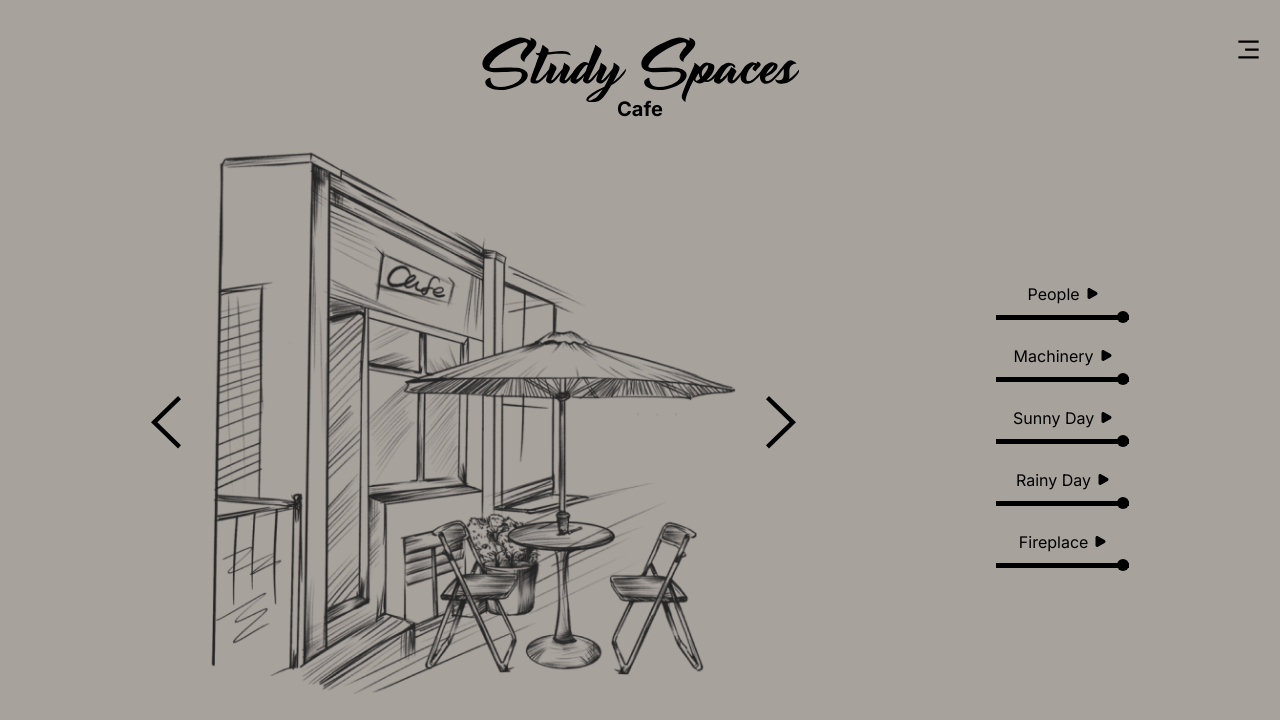
Repository: kaitlynlie/studyspaces
Page: / (app in studyspaces/)
An editor plug-in stored every save of this project. The page is shown before and after the next save, followed by the edit.
The browser window is 1280 px wide. The pictures show the whole page.
The project was rebuilt for these pictures with package versions that can differ from the ones it lists, and the page was loaded fresh each time. Also part of the build but not shown: studyspaces/vite.config.ts, studyspaces/src/pages/Timer.tsx, studyspaces/src/pages/ToDoList.tsx, studyspaces/src/pages/Todo.tsx. Imported but missing from the stored project, and not drawn on this page: studyspaces/src/audio/fireplace.wav, studyspaces/src/audio/people.wav, studyspaces/src/audio/rain.wav, studyspaces/src/audio/softmachinery.mp3, studyspaces/src/audio/sun.wav, studyspaces/src/audio/timer.wav.

Above is the page before, as saved 2023-09-30 23:51:03.

### studyspaces/index.html
<!DOCTYPE html>
<html lang="en">
  <head>
    <meta charset="UTF-8" />
    <link rel="icon" type="image/svg+xml" href="/vite.svg" />
    <meta name="viewport" content="width=device-width, initial-scale=1.0" />
    <title>Study Spaces</title>
  </head>
  <body>
    <div id="root"></div>
    <script type="module" src="/src/main.tsx"></script>
  </body>
</html>

### studyspaces/src/main.tsx
import React from 'react'
import ReactDOM from 'react-dom/client'
import App from './App'
import './index.scss'
import { BrowserRouter } from 'react-router-dom'

ReactDOM.createRoot(document.getElementById('root')!).render(
  <BrowserRouter>
    <App />
  </BrowserRouter>,
)

### studyspaces/src/App.tsx
import clsx from "clsx";
import { Route, Routes } from 'react-router-dom'
import React from "react";
import { Home } from "./pages/Home";
import { Navbar } from "./pages";

function App() {
  return (
    <>
      <div className={clsx("app", "w-full overflow-hidden")}>
        <Navbar />
        <Home />
      </div>
    </>
  )
  }

export default App;

### studyspaces/src/index.scss
@import url("https://fonts.googleapis.com/css2?family=Inter:wght@400;500;600;700;800;900&display=swap");
// @import "./style/globals/general.scss";

@tailwind base;
@tailwind components;
@tailwind utilities;

:root {
  font-family: Inter;
  overflow-x: hidden;
}

@keyframes jump {
  0%, 100% {
    transform: translateY(0);
  }
  50% {
    transform: translateY(-20px);
  }
}

.jumping-word {
  display: inline-block;
  animation: jump 1s infinite;
}

### studyspaces/src/pages/Home.tsx
import styles from "./home.module.scss";
import clsx from "clsx";
import { title, coffee, leftarrow, rightarrow, play, pause } from "../assets";
import React, { ChangeEvent, useState, useRef, useEffect } from 'react';
import { people, machinery, sunny, rainy, fire } from "../audio";

export function Home() {
  const [sliderValues, setSliderValues] = useState({
    peopleVolumeSlider: 1,
    machVolumeSlider: 1,
    sunnyVolumeSlider: 1,
    rainyVolumeSlider: 1,
    fireVolumeSlider: 1,
  });

  const audioRefs = useRef<{ [key: string]: HTMLAudioElement | null }>({
    peopleAudioPlayer: null,
    machAudioPlayer: null,
    sunnyAudioPlayer: null,
    rainyAudioPlayer: null,
    fireAudioPlayer: null,
  });

  const [isPlaying, setIsPlaying] = useState<AudioState>({});

  interface AudioState {
    [key: string]: boolean;
  }

  const handlePlayButtonClick = (audioId: string) => {
    setIsPlaying((prevState) => ({
      ...prevState,
      [audioId]: !prevState[audioId] || !prevState[audioId],
    }));
  };

  const getPlayPauseIcon = (audioId: string) => {
    if (isPlaying[audioId]) {
      return pause;
    } else {
      return play;
    }
  };

  useEffect(() => {
    for (const audioId in audioRefs.current) {
      const audioElement = audioRefs.current[audioId];
      if (audioElement) {
        if (isPlaying[audioId]) {
          audioElement.play();
        } else {
          audioElement.pause();
        }
      }
    }
  }, [isPlaying]);

  const handleSliderChange = (event: ChangeEvent<HTMLInputElement>) => {
    const { id, value } = event.target;
    const audioElementId = id.replace("VolumeSlider", "AudioPlayer");
    const audioElement = audioRefs.current[audioElementId];
    if (audioElement) {
      audioElement.volume = parseFloat(value);
    }
    setSliderValues((prevValues) => ({
      ...prevValues,
      [id]: parseFloat(value),
    }));
  };

  return (
    <div className={clsx(styles.body)}>
        <section className={clsx(styles.home)}>
          <div className={clsx(styles.header)}>
            <div className={clsx(styles.studyspaces)}>
              <img src={title} className={clsx(styles.title)}/>
            </div>
          </div>

            <h4>Cafe</h4>
            <div className={clsx(styles.content)}>
              <div className={clsx(styles.hero)}>
                <img id="leftArrow" src={leftarrow} className={clsx(styles.leftarrow)}/>
                <img src={coffee} className={clsx(styles.coffee)} />
                <img id="rightArrow" src={rightarrow} className={clsx(styles.rightarrow)}/>
              </div>

              <div className={clsx(styles.audiolist)}>
                <div className={clsx(styles.audio)}>
                  <div className={clsx(styles.title)}>
                    <p>People</p>
                    <img
                      src={getPlayPauseIcon("peopleAudioPlayer")}
                      width="11"
                      height="11"
                      id="peoplePlayButton"
                      onClick={() => handlePlayButtonClick("peopleAudioPlayer")}
                    />
                  </div>

                  <audio
                    ref={(ref) => (audioRefs.current.peopleAudioPlayer = ref)}
                    id="peopleAudioPlayer"
                    loop
                  >
                    <source src={people} type="audio/wav" />
                  </audio>

                  <input
                    type="range"
                    id="peopleVolumeSlider"
                    min={0}
                    max={1}
                    step={0.1}
                    value={sliderValues.peopleVolumeSlider}
                    onChange={handleSliderChange}
                    className={clsx(styles.input)}
                  />
                </div>

                <div className={clsx(styles.audio)}>
                  <div className={clsx(styles.title)}>
                    <p>Machinery</p>
                    <img
                      src={getPlayPauseIcon("machAudioPlayer")}
                      width="11"
                      height="11"
                      id="machPlayButton"
                      onClick={() => handlePlayButtonClick("machAudioPlayer")}
                    />
                  </div>

                  <audio
                    ref={(ref) => (audioRefs.current.machAudioPlayer = ref)}
                    id="machAudioPlayer"
                    loop
                  >
                    <source src={machinery} type="audio/mp3" />
                  </audio>

                  <input
                    type="range"
                    id="machVolumeSlider"
                    min={0}
                    max={1}
                    step={0.1}
                    value={sliderValues.machVolumeSlider}
                    onChange={handleSliderChange}
                    className={clsx(styles.input)}
                  />
                </div>

                <div className={clsx(styles.audio)}>
                  <div className={clsx(styles.title)}>
                    <p>Sunny Day</p>
                    <img
                      src={getPlayPauseIcon("sunnyAudioPlayer")}
                      width="11"
                      height="11"
                      id="sunnyPlayButton"
                      onClick={() => handlePlayButtonClick("sunnyAudioPlayer")}
                    />
                  </div>

                  <audio
                    ref={(ref) => (audioRefs.current.sunnyAudioPlayer = ref)}
                    id="sunnyAudioPlayer"
                    loop
                  >
                    <source src={sunny} type="audio/wav" />
                  </audio>

                  <input
                    type="range"
                    id="sunnyVolumeSlider"
                    min={0}
                    max={1}
                    step={0.1}
                    value={sliderValues.sunnyVolumeSlider}
                    onChange={handleSliderChange}
                    className={clsx(styles.input)}
                  />
                </div>

                <div className={clsx(styles.audio)}>
                  <div className={clsx(styles.title)}>
                    <p>Rainy Day</p>
                    <img
                      src={getPlayPauseIcon("rainyAudioPlayer")}
                      width="11"
                      height="11"
                      id="rainyPlayButton"
                      onClick={() => handlePlayButtonClick("rainyAudioPlayer")}
                    />
                  </div>

                  <audio
                    ref={(ref) => (audioRefs.current.rainyAudioPlayer = ref)}
                    id="rainyAudioPlayer"
                    loop
                  >
                    <source src={rainy} type="audio/wav" />
                  </audio>

                  <input
                    type="range"
                    id="rainyVolumeSlider"
                    min={0}
                    max={1}
                    step={0.1}
                    value={sliderValues.rainyVolumeSlider}
                    onChange={handleSliderChange}
                    className={clsx(styles.input)}
                  />
                </div>

                <div className={clsx(styles.audio)}>
                  <div className={clsx(styles.title)}>
                    <p>Fireplace</p>
                    <img
                      src={getPlayPauseIcon("fireAudioPlayer")}
                      width="11"
                      height="11"
                      id="firePlayButton"
                      onClick={() => handlePlayButtonClick("fireAudioPlayer")}
                    />
                  </div>

                  <audio
                    ref={(ref) => (audioRefs.current.fireAudioPlayer = ref)}
                    id="fireAudioPlayer"
                    loop
                  >
                    <source src={fire} type="audio/wav" />
                  </audio>

                  <input
                    type="range"
                    id="fireVolumeSlider"
                    min={0}
                    max={1}
                    step={0.1}
                    value={sliderValues.fireVolumeSlider}
                    onChange={handleSliderChange}
                    className={clsx(styles.input)}
                  />
                </div>
              </div>
            </div>
        </section>
    </div>
  );
}

### studyspaces/src/pages/index.ts
import Navbar from "./Navbar";
import TimerDialog from "./Timer";
import TodoDialog from "./Todo";
import TodoList from "./ToDoList";

export {
    Navbar,
    TimerDialog,
    TodoDialog,
    TodoList
}

### studyspaces/src/pages/home.module.scss
body {
    background-color: rgb(168, 162, 157);
    section.home {
        padding: 10px;
        display: flex;
        flex-direction: column;
        justify-content: center;
        align-items: center;
        overflow-y: hidden;
        .header {
          display: flex;
          justify-content: space-between;
          align-items: center;
          .studyspaces {
            display: flex;
            justify-content: center;
            align-items: center;
            .title {
              margin-top: 20px;
              @media (max-width: 664px) {
                max-width: 200px;
              }
            }
          }
        }
        h4 {
            text-align: center;
            font-size: 20px;
            font-weight: 700;
            margin-top: -5px;
            @media (max-width: 664px) {
              font-size: 14px;
            }
        }
        .content {
            display: flex;
            justify-content: space-between;
            gap: 200px;
            transition: gap 0.3s ease;
            @media (max-width: 1089px) {
                transition: gap 0.3s ease;
                gap: 50px;
            }
            @media (max-width: 990px) {
              flex-direction: column;
            }
            .hero {
                display: flex;
                justify-content: center;
                align-items: center;
                gap: 30px;
                .leftarrow {
                  max-width: 30px;
                  max-height: 53px;
                  height: 100%;
                  width: 100%;
                  @media (max-width:664px) {
                    max-width: 20px;
                  }
                  @media (max-width: 431px) {
                    max-width: 10px;
                  }
                }
                .rightarrow {
                  max-width: 30px;
                  max-height: 53px;
                  height: 100%;
                  width: 100%;
                  @media (max-width:664px) {
                    max-width: 20px;
                  }
                  @media (max-width: 431px) {
                    max-width: 10px;
                  }
                }
                .coffee {
                    max-width: 550px;
                    max-height: 550px;
                    width: 100%;
                    height: 100%;
                    @media (max-width: 664px) {
                      max-width: 300px;
                      max-height: 300px;
                    }
                    @media (max-width: 431px) {
                      max-width: 200px;
                      max-height: 200px;
                    }
                }
            }
            .audiolist {
                display: flex;
                flex-direction: column;
                align-items: center;
                justify-content: center;
                .audio {
                    display: flex;
                    flex-direction: column;
                    justify-content: center;
                    align-items: center;
                    .title {
                        display: flex;
                        flex-direction: row;
                        justify-content: center;
                        align-items: center;
                        gap: 7px;
                        img {
                            cursor: pointer;
                            max-width: 14px;
                            @media (max-width: 431px) {
                              max-width: 8px;
                            }
                        }
                        p {
                          font-size: 16px;
                          @media (max-width: 664px) {
                            font-size: 14px;
                          }
                          @media (max-width: 431px) {
                            font-size: 12px;
                          }
                        }
                    }
                        .input {
                          margin-top: -5px;
                          margin-bottom: 10px;
                          color: black;
                          background-color: black;
                          -webkit-appearance: none;
                          appearance: none;
                          width: 100%;
                          height: 5px;
                          @media (max-width: 431px) {
                            height: 2px;
                          }
                          background-color: black; /* Set the default color of the track/bar */
                          outline: none;
                          position: relative;
                          &::-webkit-slider-thumb {
                            -webkit-appearance: none;
                            appearance: none;
                            width: 12px;
                            height: 12px;
                            background-color: black; /* Set the color of the slider thumb */
                            cursor: pointer;
                            border-radius: 50%;
                            position: relative;
                            z-index: 1;
                          }
                          &::-moz-range-thumb {
                            background-color: black;
                          }

                          &::-ms-thumb {
                            background-color: black;
                          }
                        }
                }
            }
        }

    }
}

### studyspaces/src/assets/index.ts
import title from './title.svg'
import coffee from './coffee.png'
import leftarrow from './leftarrow.svg'
import rightarrow from './rightarrow.svg'
import play from './play.svg'
import pause from './pause.svg'

export {
    title,
    coffee,
    leftarrow,
    rightarrow,
    play,
    pause
}

### studyspaces/src/audio/index.ts
import people from './people.wav'
import machinery from './softmachinery.mp3'
import sunny from './sun.wav'
import rainy from './rain.wav'
import fire from './fireplace.wav'
import timer from './timer.wav'

export {
    people,
    machinery,
    sunny,
    rainy,
    fire,
    timer
}

### studyspaces/src/pages/Navbar.tsx
import React from 'react'
import styles from './Navbar.module.scss'
import clsx from 'clsx'
import { title } from '../assets'
import { useState, useEffect } from 'react'
import { RiMenu3Line, RiCloseLine } from 'react-icons/ri';
import { Dialog, DialogTitle, DialogContent, DialogActions, Button } from '@material-ui/core';
import { TimerDialog, TodoDialog } from '.'

const Navbar = () => {
  const [toggleMenu, setToggleMenu] = useState(false);
  const [openTodo, setOpenTodo] = useState(false);
  const [openTimer, setOpenTimer] = useState(false);

  const handleClickOpenTodo = () => {
    setOpenTodo(true);
  };

  const handleClickOpenTimer = () => {
    setOpenTimer(true);
  };

  const handleClose = () => {
    setOpenTodo(false);
    setOpenTimer(false);
  };

  return (
    <nav className={clsx(styles.navbar)}>
    <div className={clsx(styles.toggle)}>
        {toggleMenu
          ? <RiCloseLine color="#000" size={27} onClick={() => setToggleMenu(false)} />
          : <RiMenu3Line color="#000" size={27} onClick={() => setToggleMenu(true)} />}
        {toggleMenu && (
        <div className={clsx(styles.box)}>
          <div className="none">
            <ul className={clsx(styles.dropdown)}>
              <li>
                <a onClick={handleClickOpenTodo}>Todo</a>
              </li>
              <li>
                <a onClick={handleClickOpenTimer}>Timer</a>
              </li>
            </ul>
          </div>
        </div>
        )}
        </div>

    <Dialog open={openTodo} onClose={handleClose}>
      <DialogActions>
      <RiCloseLine color="#000" size={27} onClick={handleClose} />
      </DialogActions>
      <DialogContent>
        <TodoDialog />
      </DialogContent>
    </Dialog>

    <Dialog open={openTimer} onClose={handleClose}>
      <DialogActions>
        <RiCloseLine color="#000" size={27} onClick={handleClose} />
      </DialogActions>
      <DialogContent>
      <TimerDialog open={openTimer} onClose={handleClose} />
      </DialogContent>
    </Dialog>
  </nav>
  )
}

export default Navbar

### studyspaces/src/pages/Navbar.module.scss
nav.navbar {
  margin-top: 36px;
  display: flex;
  flex-direction: row;
  align-items: center;
  justify-content: flex-end;
  margin-bottom: -60px;
  .toggle {
    color: black;
    z-index: 10;
    margin-right: 10px;
    .dropdown {
      margin-top: 1rem;
      display: flex;
      justify-content: flex-end;
      flex-direction: column;
      align-items: flex-end;
      text-align: flex-end;
      background-color: rgba(255, 255, 255, 0.674);
      position: absolute;
      top: 50px;
      right: 10px;
      border-radius: 5px;
      z-index: 10;
      list-style-type: none;
      padding: 22px;
      gap: 10px;
      ul {
        display: flex;
        justify-content: flex-end;
        align-items: flex-end;
        flex-direction: column;
        text-align: end;
        padding: 1rem 2rem;
        margin: 0;
        list-style-type: none;
        li {
          align-self: flex-end;
          margin-right: auto;
          margin-bottom: 10px;
          a {
            text-decoration: none;
            cursor: pointer;
            font-weight: 500;
          }
        }
      }
    }
  }
}

After the next save:
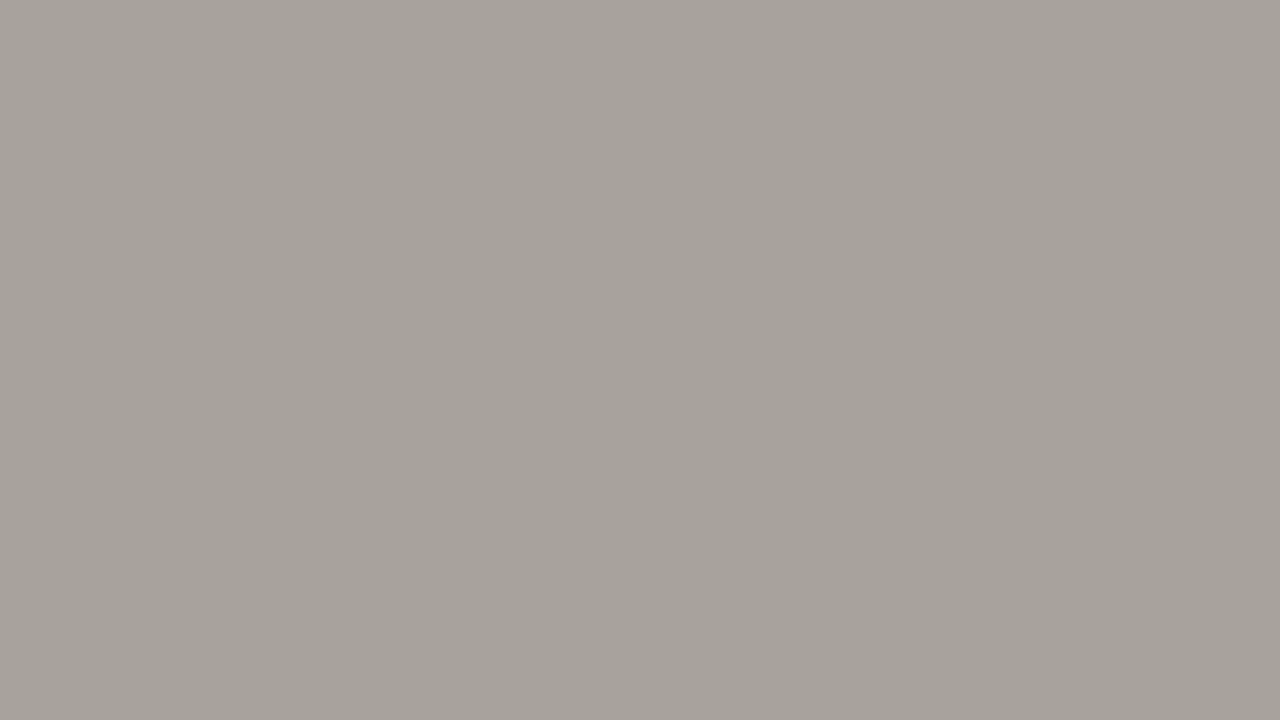
Console error: ReferenceError: handleCloseTimer is not defined
Saved 32 s later.
--- a/studyspaces/src/pages/Navbar.tsx
+++ b/studyspaces/src/pages/Navbar.tsx
@@ -56,14 +56,14 @@
       </DialogContent>
     </Dialog>
 
-    <Dialog open={openTimer} onClose={handleClose}>
-      <DialogActions>
-        <RiCloseLine color="#000" size={27} onClick={handleClose} />
-      </DialogActions>
-      <DialogContent>
-      <TimerDialog open={openTimer} onClose={handleClose} />
-      </DialogContent>
-    </Dialog>
+    <Dialog open={openTimer} onClose={handleCloseTimer}>
+        <DialogActions>
+          <RiCloseLine color="#000" size={27} onClick={handleCloseTimer} />
+        </DialogActions>
+        <DialogContent>
+          <TimerDialog open={openTimer} onClose={handleCloseTimer} />
+        </DialogContent>
+      </Dialog>
   </nav>
   )
 }

After the save that followed:
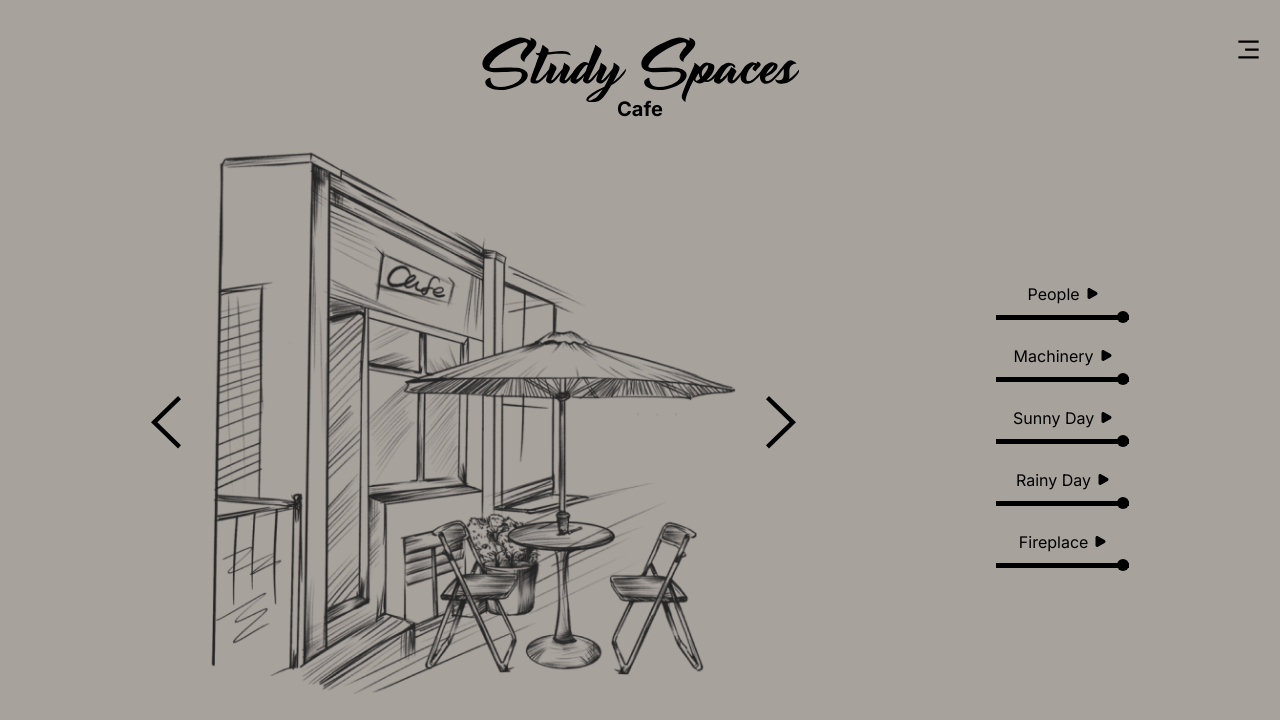
The error is gone.
Saved 22 s later.
--- a/studyspaces/src/pages/Navbar.tsx
+++ b/studyspaces/src/pages/Navbar.tsx
@@ -56,12 +56,12 @@
       </DialogContent>
     </Dialog>
 
-    <Dialog open={openTimer} onClose={handleCloseTimer}>
+    <Dialog open={openTimer} onClose={handleClose}>
         <DialogActions>
-          <RiCloseLine color="#000" size={27} onClick={handleCloseTimer} />
+          <RiCloseLine color="#000" size={27} onClick={handleClose} />
         </DialogActions>
         <DialogContent>
-          <TimerDialog open={openTimer} onClose={handleCloseTimer} />
+          <TimerDialog open={openTimer} onClose={handleClose} />
         </DialogContent>
       </Dialog>
   </nav>
